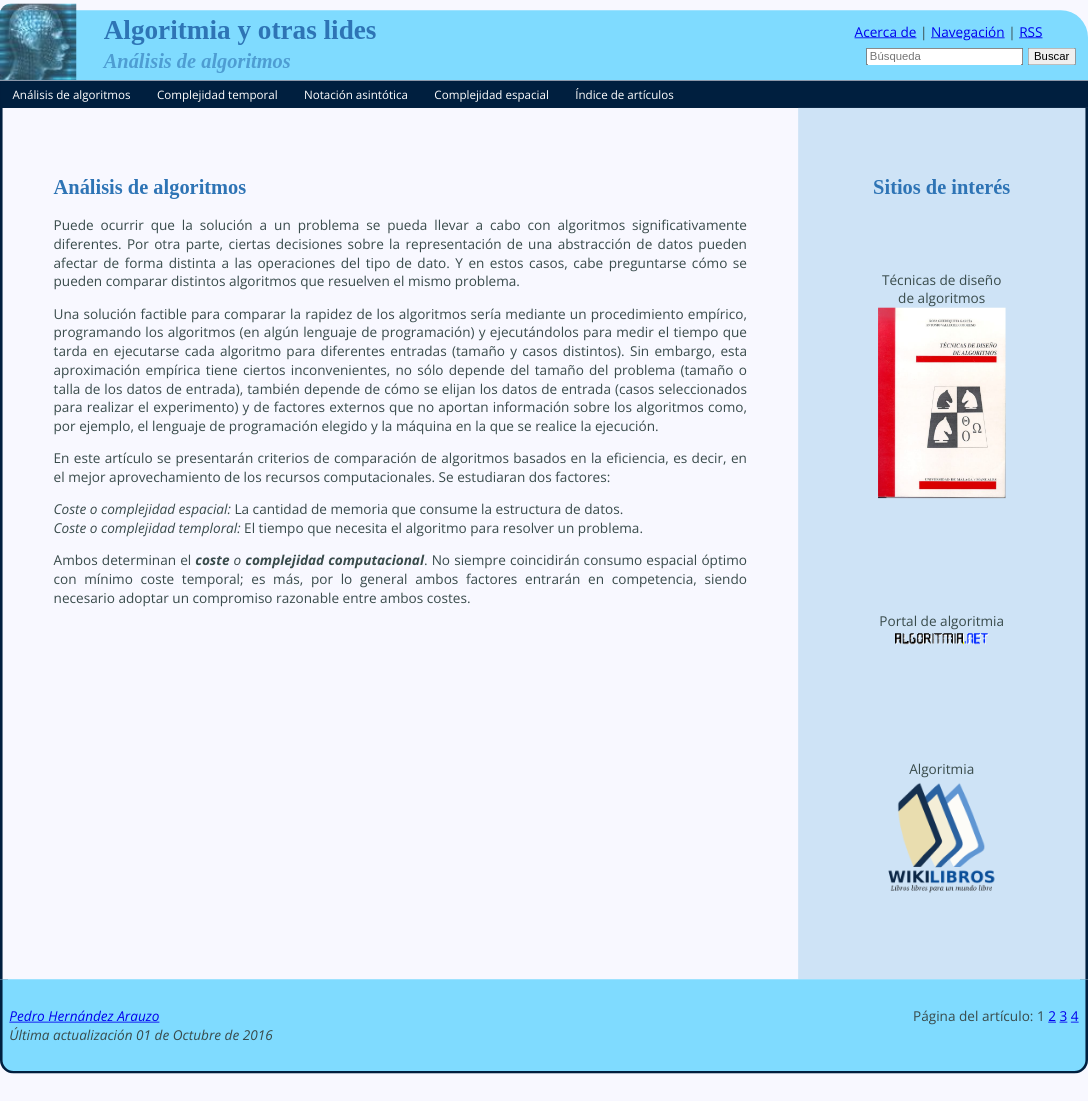
Repository: dgsama/Curso17
Page: SEW/WorkSpace/Practica04/index.html
The author's editor kept a copy of each file at every save. The page is drawn from the files as they stood at one save, then again after the next save.
The browser window is 1280 px wide. The pictures show the whole page, at 85% of full size.
Some web fonts or font styles are not loaded; a fallback is used.

Above is the page before, as saved 2016-10-26 10:02:31.

After the next save:
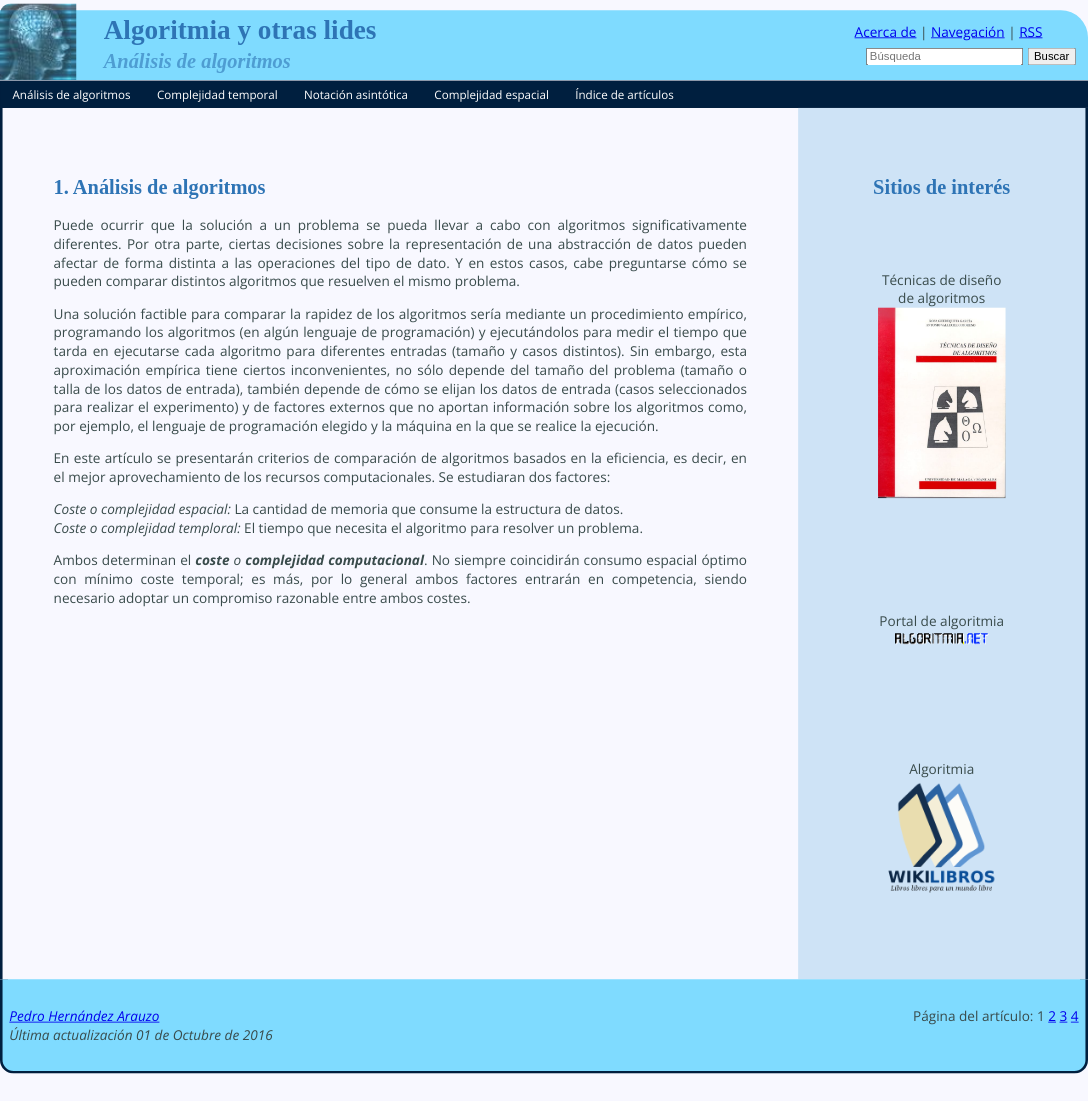
Saved 8 min 52 s later.
--- a/SEW/WorkSpace/Practica04/index.html
+++ b/SEW/WorkSpace/Practica04/index.html
@@ -6,7 +6,7 @@
 <link rel="stylesheet" type="text/css"
 href="estilo.css" media="screen"/>
 <style type="text/css">
-/*<![CDATA[
+/*<![CDATA[*/
 body {
     counter-reset: c1;
 }
@@ -15,7 +15,7 @@
     counter-increment: c1;
     content: counter(c1) ". ";
 }
-]]>*/
+/*]]>*/
 </style>
 </head>
 <body>
